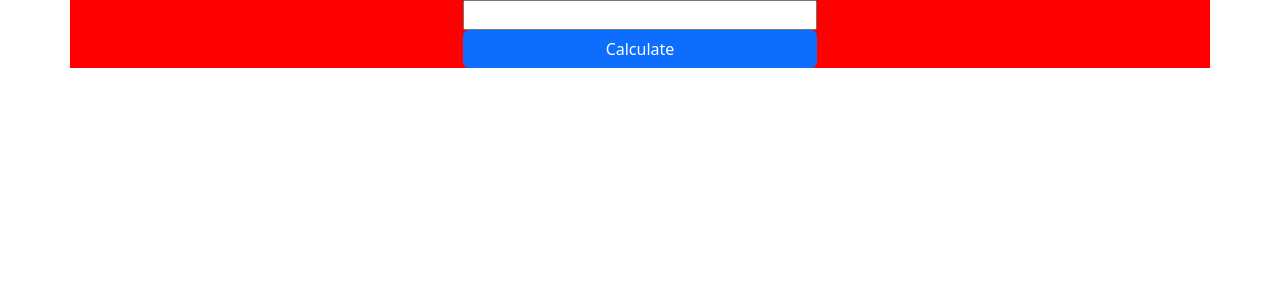
Repository: LeGrandMAG/magCalculator
Page: index.html
An editor plug-in stored every save of this project. The page is shown before and after a run of saves, followed by the edit.
The browser window is 1280 px wide. The pictures show the whole page.

Above is the page before, as saved 2022-05-26 12:46:32.

### index.html
<!DOCTYPE html>
<html lang="en">
<head>
    <meta charset="UTF-8">
    <meta http-equiv="X-UA-Compatible" content="IE=edge">
    <meta name="viewport" content="width=device-width, initial-scale=1.0">
    <link href="https://cdn.jsdelivr.net/npm/bootstrap@5.2.0-beta1/dist/css/bootstrap.min.css" rel="stylesheet" integrity="sha384-0evHe/X+R7YkIZDRvuzKMRqM+OrBnVFBL6DOitfPri4tjfHxaWutUpFmBp4vmVor" crossorigin="anonymous">
    <link rel="shortcut icon" href="assets/images/icon.ico"image/x-icon">
    <script src="app.js"></script>
    <link href="style.css" rel="stylesheet">
    <title>Price Calculator</title>
</head>
<body>


    <div class="container">
        <form class="row"action="">
            <input class="text" type="text">

            <button class="btn btn-primary"> Calculate</button>
        </form>
        <p></p>
    </div>

</body>
</html>

### app.js
let nam
function myscript(){
   const nam = $(document).ready(function Love(){

        $(".text")
    })
return nam
}


document.getElementsByClassName("text").innerHTML = "Hello y'all"

### style.css
.container{
    margin:auto;
    background: red;
    display: flex;
    justify-content: center;
    align-items: center;
}

After the next 3 saves:
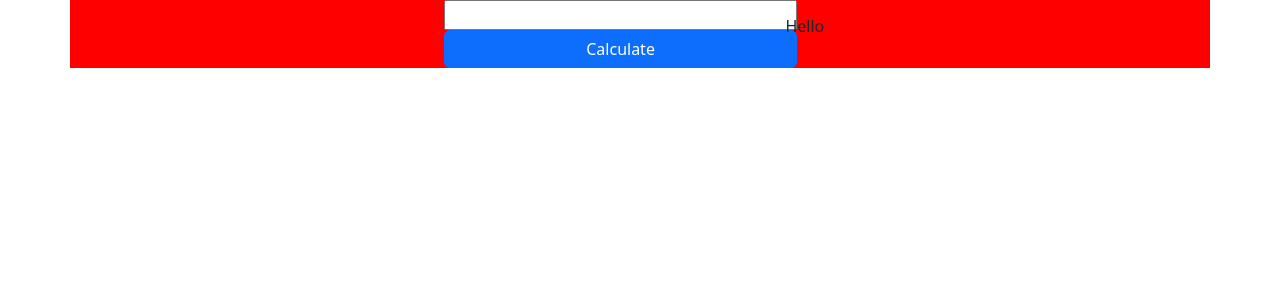
The 3 saves are shown as one change because they came seconds apart.
The last was saved 11 s later.
--- a/index.html
+++ b/index.html
@@ -19,7 +19,7 @@
 
             <button class="btn btn-primary"> Calculate</button>
         </form>
-        <p></p>
+        <p class="okay">Hello</p>
     </div>
 
 </body>
